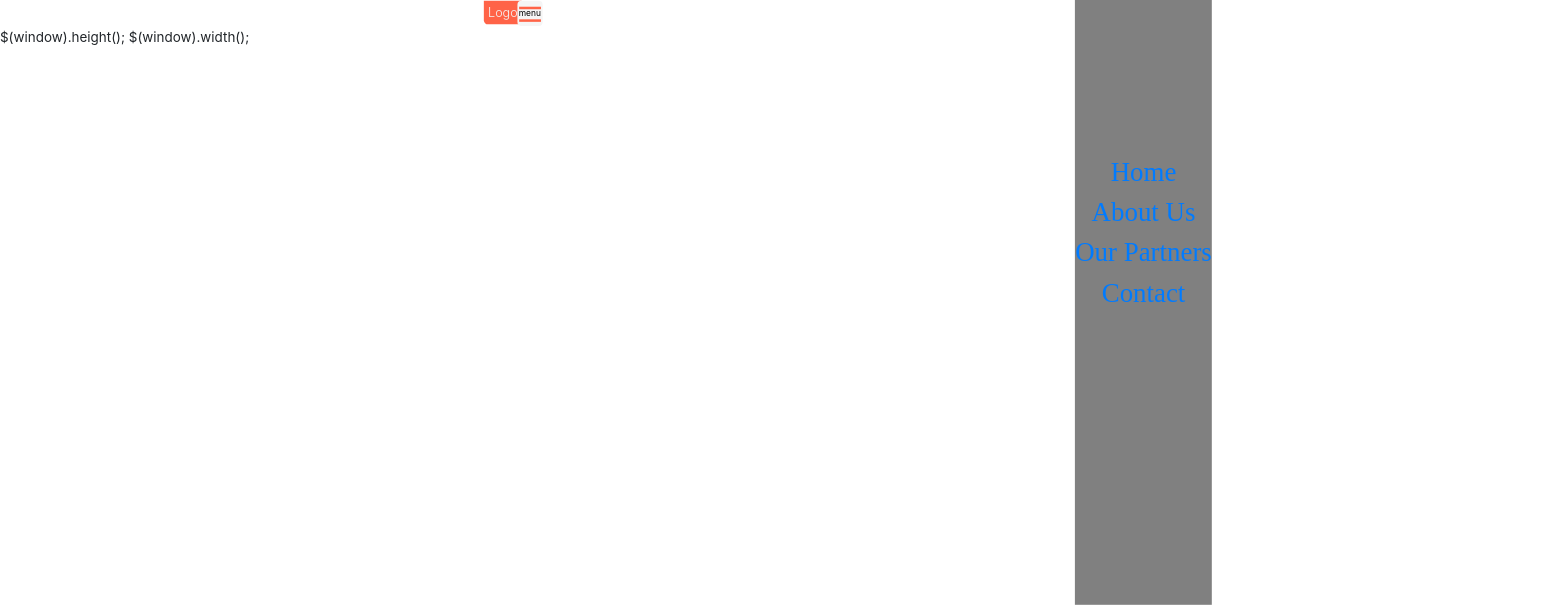
Repository: nicolasolo/in-vaslui
Page: index.html
An editor plug-in stored every save of this project. The page is shown before and after the next save, followed by the edit.
The browser window is 1280 px wide. The page is 1856 px wide, so the pictures cover 1856 px, including what lies to the right of the window. The pictures show the whole page, at 84% of full size.
Some web libraries are served in a nearby version.

Above is the page before, as saved 2020-03-30 17:51:34.

After the next save:
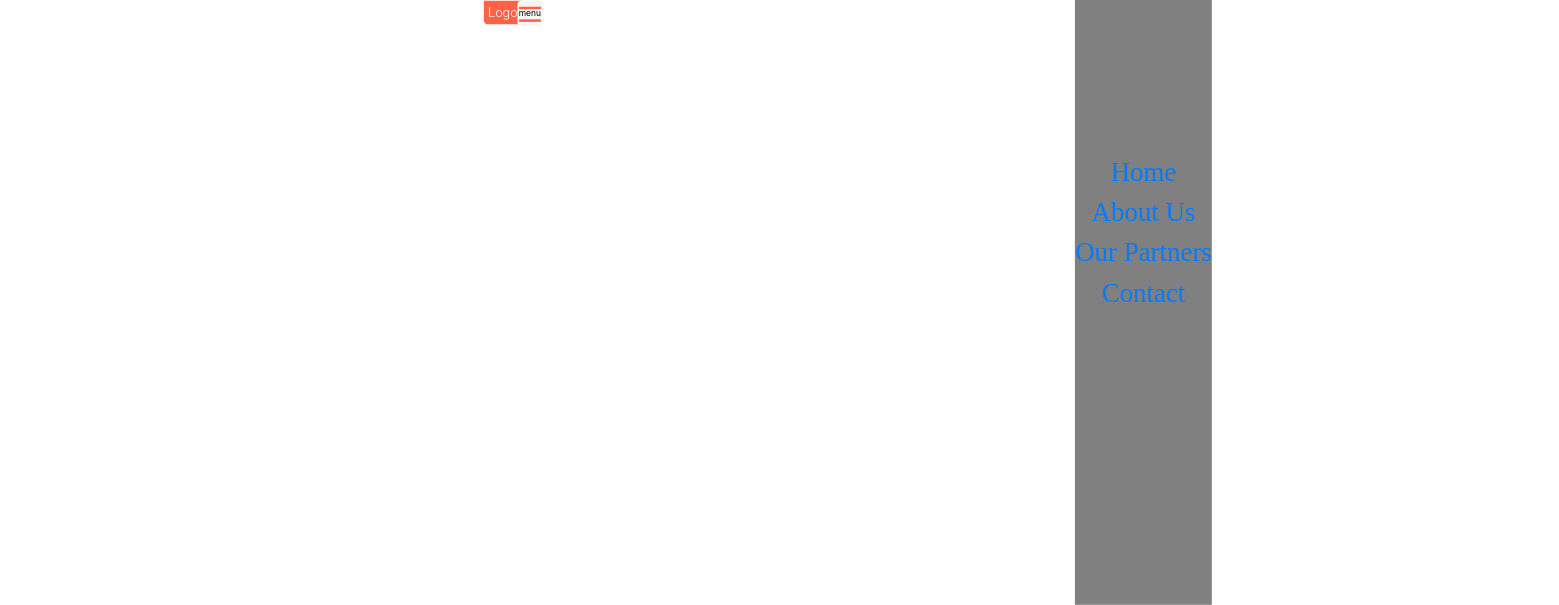
Console error: SyntaxError: Unexpected string
Saved 7 s later.
--- a/js/vaslui.js
+++ b/js/vaslui.js
@@ -5,6 +5,6 @@
   });
   $(document).ready(function(){
 var txt ="";
-txt += '$(window).height(); $(window).width();'
+txt += '$(window).height();'' $(window).width();'
 $('#wh').append(txt);
   })

After the save that followed:
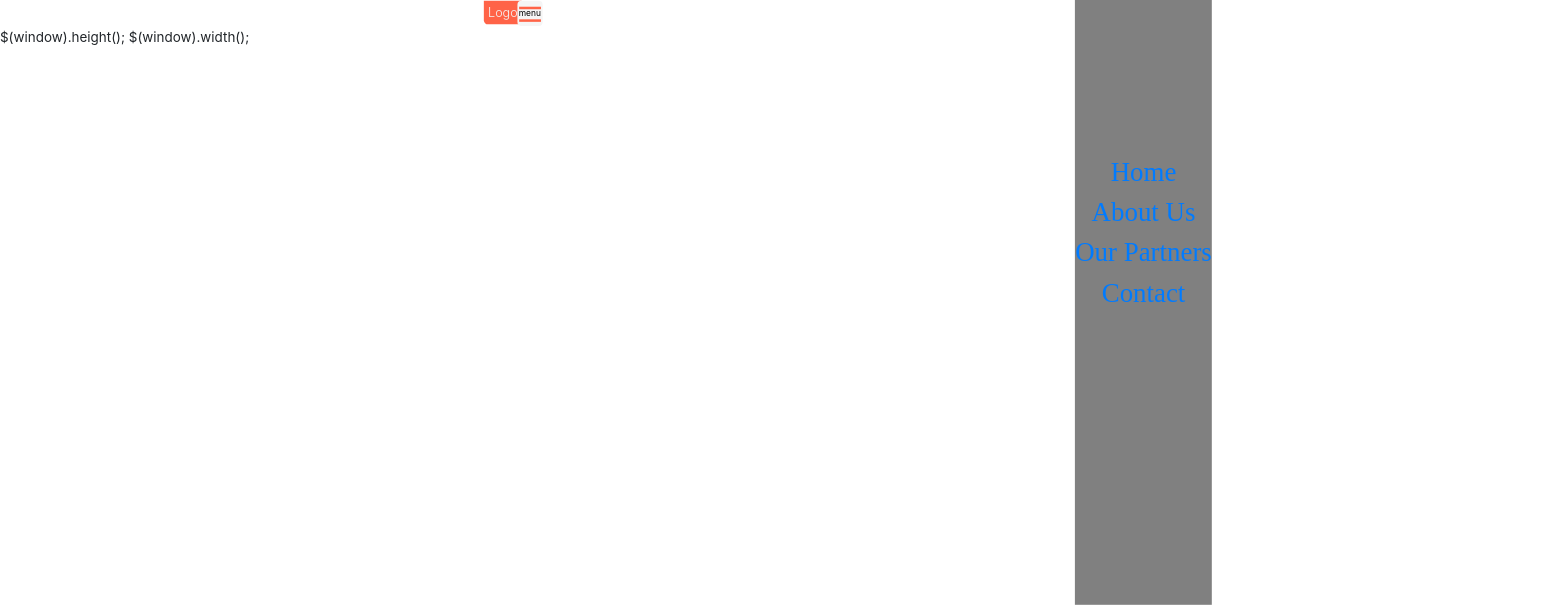
The error is gone.
Saved 5 s later.
--- a/js/vaslui.js
+++ b/js/vaslui.js
@@ -5,6 +5,6 @@
   });
   $(document).ready(function(){
 var txt ="";
-txt += '$(window).height();'' $(window).width();'
+txt += '$(window).height();'+' $(window).width();'
 $('#wh').append(txt);
   })
